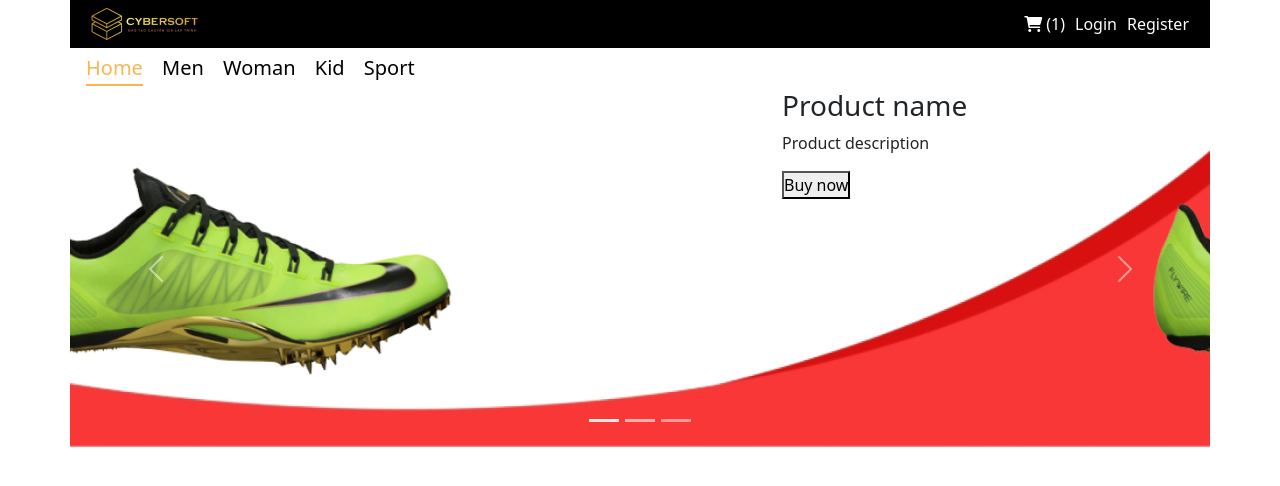
Repository: minhtrivu6199/Capstone_Shop
Page: index.html
An editor plug-in stored every save of this project. The page is shown before and after the next save, followed by the edit.
The browser window is 1280 px wide. The pictures show the whole page.
The style sheet was rebuilt from its Sass, Less or Tailwind sources for each picture, by a compiler version that may differ from the author's.

Above is the page before, as saved 2022-11-01 16:05:58.

After the next save:
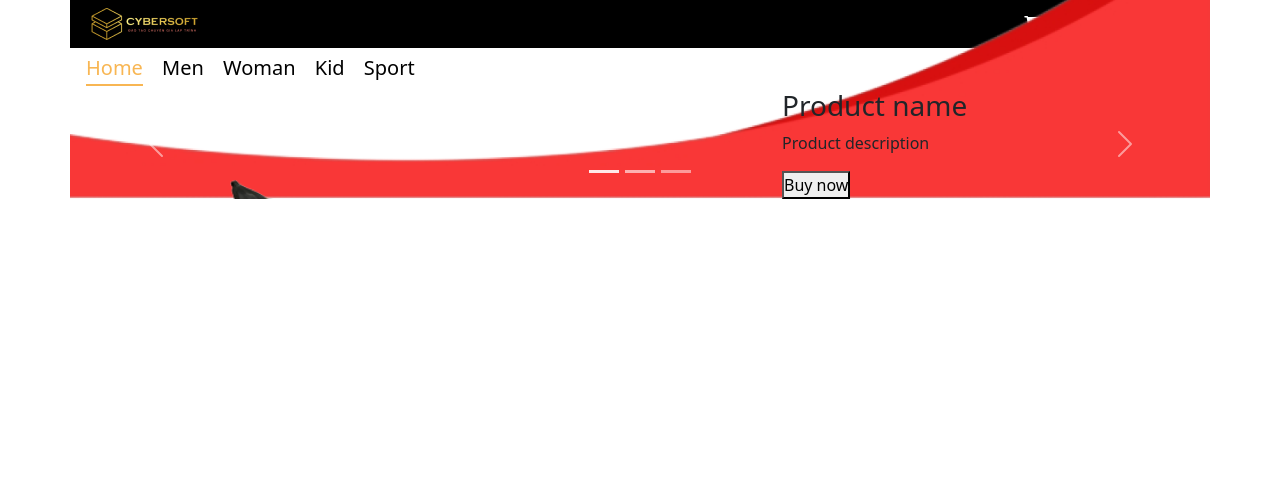
Saved 57 s later.
--- a/assets/scss/style.scss
+++ b/assets/scss/style.scss
@@ -62,6 +62,12 @@
         width: 100%;
     }
     .carousel-inner {
-
+        .carousel-item {
+            .header-banner {
+                position: absolute;
+                left: 86px;
+                top: 5px;
+            }
+        }
     }
 }
